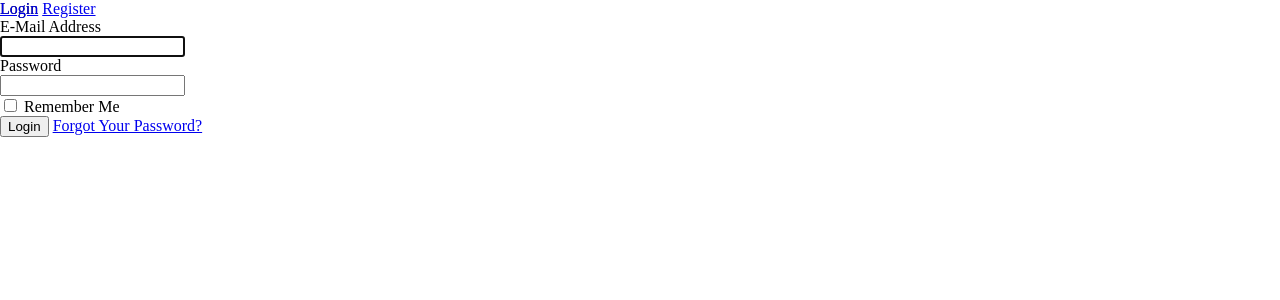
Repository: PatryxB/recipeCook
Page: http://localhost/login
The author's editor kept a copy of each file at every save. The page is drawn from the files as they stood at one save, then again after the next save.
The browser window is 1280 px wide. The pictures show the whole page.
The page is served by the project's Laravel application, run on PHP 8.4 with Laravel 8. Style sheets and scripts are compiled from the project's sources, by tool versions that may differ from the author's.

Above is the page before, as saved 2020-05-02 11:16:20.

After the next save:
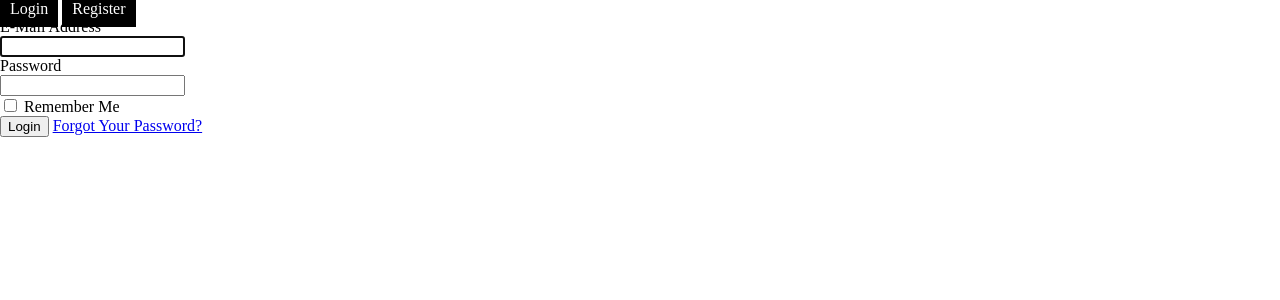
Saved 70 s later.
--- a/resources/sass/app.scss
+++ b/resources/sass/app.scss
@@ -13,6 +13,12 @@ nav{
     position: absolute;
     z-index: 999;
 }
+nav a{
+    text-decoration: none;
+    color: white;
+    background-color: black;
+    padding: 10px;
+}
 .banner img{
     position: relative;
     float: right;
